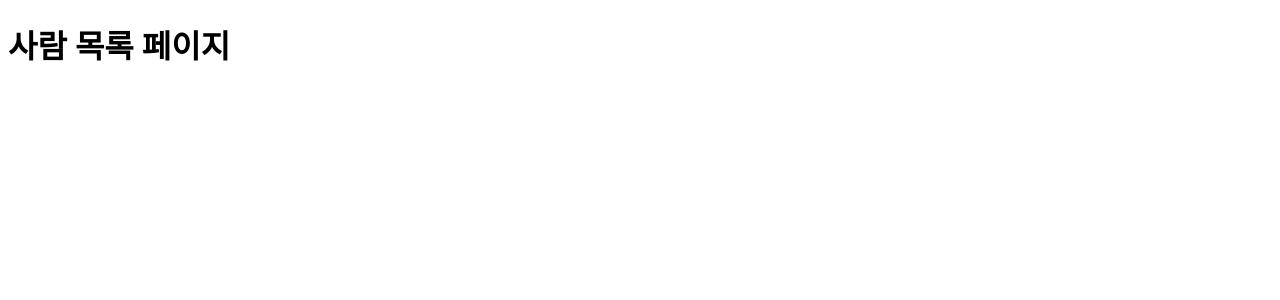
Repository: kkw2758/Front-end
Page: http://localhost/spring_day01/saram/input
An editor plug-in stored every save of this project. The page is shown before and after the next save, followed by the edit.
The browser window is 1280 px wide. The pictures show the whole page.
The page is served by Tomcat 9.

Above is the page before, as saved 2023-02-24 07:30:15.

After the next save:
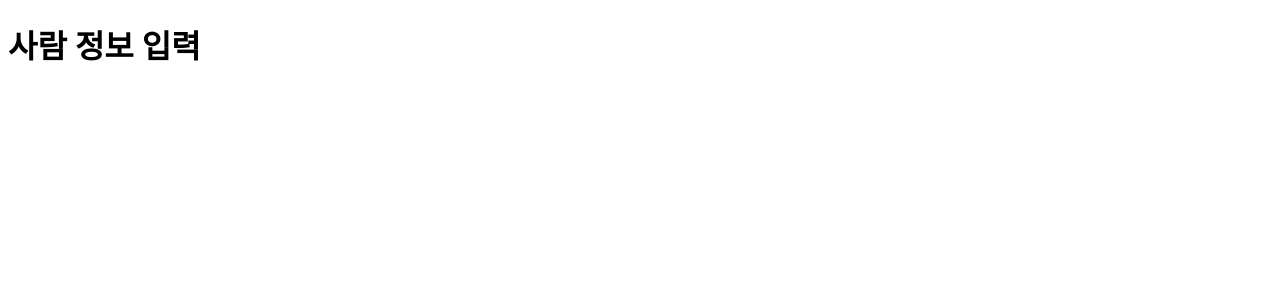
Saved 8 s later.
--- a/backend_work/JAVA/day01/spring_day01/src/main/webapp/WEB-INF/views/saram/input.jsp
+++ b/backend_work/JAVA/day01/spring_day01/src/main/webapp/WEB-INF/views/saram/input.jsp
@@ -4,9 +4,9 @@
 <html>
 <head>
 <meta charset="UTF-8">
-<title>saram list</title>
+<title>saram input</title>
 </head>
 <body>
-	<h1>사람 목록 페이지</h1>
+	<h1>사람 정보 입력</h1>
 </body>
 </html>
